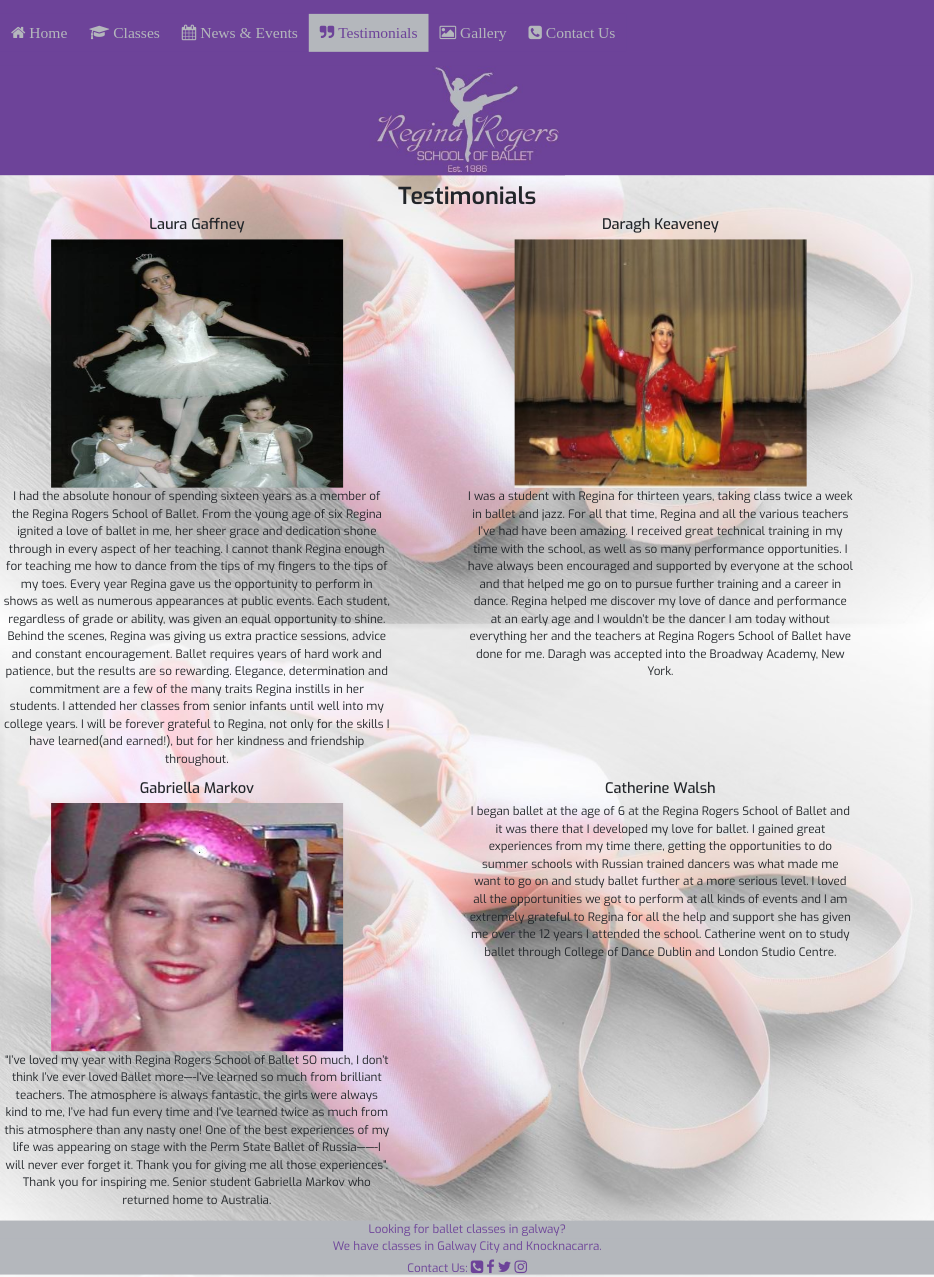
Repository: davidtmiller2010/galwayballet
Page: Testimonial.html
The author's editor kept a record of every edit. The page is drawn from the files as they stood at one moment, then again after the next edit.
The browser window is 1280 px wide. The pictures show the whole page, at 73% of full size.

Above is the page before.

### Testimonial.html
<!DOCTYPE html>
<html lang="en">

<head>
    <meta charset="UTF-8">
    <meta name="viewport" content="width=device-width, initial-scale=1.0">
    <meta http-equiv="X-UA-Compatible" content="ie=edge">
    <link rel="stylesheet" href="https://stackpath.bootstrapcdn.com/bootstrap/4.3.1/css/bootstrap.min.css" type="text/css" />
    <link rel="stylesheet" href="https://stackpath.bootstrapcdn.com/font-awesome/4.7.0/css/font-awesome.min.css" type="text/css" />
    <link rel="stylesheet" href="assets/CSS/style1.css" type="text/css" />
    <link href="https://fonts.googleapis.com/css?family=Exo|Roboto" rel="stylesheet">
    <link href="https://fonts.googleapis.com/css?family=Dancing+Script" rel="stylesheet">
    <title>Regina Rogers</title>
</head>

<body>
    <header>
        <div class="navbar ">
            <ul>
                <li><a href="index.html" class=" col-12  col-2"><i class="fa fa-home fa-lg"> Home</i></a></li>
                <li><a href="Classes.html" class=" col-12  col-2"><i class="fa fa-graduation-cap fa-lg"> Classes</i></a></li>
                <li><a href="News.html" class=" col-12  col-2"><i class="fa fa-calendar fa-lg"> News & Events</i></a></li>
                <li><a href="Testimonial.html" class="active col-12  col-2"><i class="fa fa-quote-right fa-lg"> Testimonials</i></a></li>
                <li><a href="Gallery.html" class=" col-12  col-2"><i class="fa fa-image fa-lg"> Gallery</i></a></li>
                <li><a href="Contact.html" class=" col-12  col-2"><i class="fa fa-phone-square fa-lg"> Contact Us</i></a></li>
            </ul>
        </div>
    </header>
    <section class="container-fluid">
        <div class="logo">
            <!---logo--->
        </div>
        <h2 class=heading>Testimonials</h2>
        <div class="row">
            <div class="col-sm-5 testimonials">
                <h5>Laura Gaffney</h5>
                <img src="../assets/images/laura.jpg" width="400" height="340">
                <p>I had the absolute honour of spending sixteen years as a member of the Regina Rogers School of Ballet. From the young age of six Regina ignited a love of ballet in me, her sheer grace and dedication shone through in every aspect of her
                    teaching. I cannot thank Regina enough for teaching me how to dance from the tips of my fingers to the tips of my toes. Every year Regina gave us the opportunity to perform in shows as well as numerous appearances at public events.
                    Each student, regardless of grade or ability, was given an equal opportunity to shine. Behind the scenes, Regina was giving us extra practice sessions, advice and constant encouragement. Ballet requires years of hard work and patience,
                    but the results are so rewarding. Elegance, determination and commitment are a few of the many traits Regina instills in her students. I attended her classes from senior infants until well into my college years. I will be forever grateful
                    to Regina, not only for the skills I have learned(and earned!), but for her kindness and friendship throughout.</p>
            </div>
            <div class="col-sm-1">
            </div>
            <div class="col-sm-5 testimonials">
                <h5>Daragh Keaveney</h5>
                <img src="../assets/images/Daragh.jpg" width="400" height="340">
                <p>I was a student with Regina for thirteen years, taking class twice a week in ballet and jazz. For all that time, Regina and all the various teachers I’ve had have been amazing. I received great technical training in my time with the school,
                    as well as so many performance opportunities. I have always been encouraged and supported by everyone at the school and that helped me go on to pursue further training and a career in dance. Regina helped me discover my love of dance
                    and performance at an early age and I wouldn’t be the dancer I am today without everything her and the teachers at Regina Rogers School of Ballet have done for me. Daragh was accepted into the Broadway Academy, New York.</p>
            </div>

            <div class="col-sm-5 testimonials">
                <h5>Gabriella Markov</h5>
                <img src="../assets/images/gabriella.jpg" width="400" height="340">
                <p>“I’ve loved my year with Regina Rogers School of Ballet SO much, I don’t think I’ve ever loved Ballet more—-I’ve learned so much from brilliant teachers. The atmosphere is always fantastic, the girls were always kind to me, I’ve had fun
                    every time and I’ve learned twice as much from this atmosphere than any nasty one! One of the best experiences of my life was appearing on stage with the Perm State Ballet of Russia——-I will never ever forget it. Thank you for giving
                    me all those experiences”. Thank you for inspiring me. Senior student Gabriella Markov who returned home to Australia.</p>
            </div>
            <div class="col-sm-1">
            </div>
            <div class="col-sm-5 testimonials">
                <h5>Catherine Walsh</h5>
                <p>I began ballet at the age of 6 at the Regina Rogers School of Ballet and it was there that I developed my love for ballet. I gained great experiences from my time there, getting the opportunities to do summer schools with Russian trained
                    dancers was what made me want to go on and study ballet further at a more serious level. I loved all the opportunities we got to perform at all kinds of events and I am extremely grateful to Regina for all the help and support she
                    has given me over the 12 years I attended the school. Catherine went on to study ballet through College of Dance Dublin and London Studio Centre.</p>
            </div>
        </div>
    </section>
    <footer>
        <div class="footermessage">
            <h7 class="uppercase general">Looking for ballet classes in galway?</h7><br/>
            <p class="inline-block footermessage">
                We have classes in Galway City and Knocknacarra.
                <br> Contact Us:
                <a href="#" target="_blank">
                     <i class="fa fa-phone-square infobutton" aria-hidden="true"></i>
                    </a>
                <a target="_blank" href="#">
                            <i class="fa fa-facebook infobutton " aria-hidden="true"></i>
                            <span class="sr-only">Facebook</span>
                        </a>
                <a target="_blank" href="#">
                            <i class="fa fa-twitter infobutton " aria-hidden="true"></i>
                            <span class="sr-only">Twitter</span>
                        </a>
                <a target="_blank" href="#">
                            <i class="fa fa-instagram infobutton " aria-hidden="true"></i>
                            <span class="sr-only">Instagram</span>
                        </a>
            </p>
        </div>
    </footer>
    <script src="https://code.jquery.com/jquery-3.3.1.slim.min.js" integrity="sha384-q8i/X+965DzO0rT7abK41JStQIAqVgRVzpbzo5smXKp4YfRvH+8abtTE1Pi6jizo" crossorigin="anonymous"></script>
    <script src="https://cdnjs.cloudflare.com/ajax/libs/popper.js/1.14.7/umd/popper.min.js" integrity="sha384-UO2eT0CpHqdSJQ6hJty5KVphtPhzWj9WO1clHTMGa3JDZwrnQq4sF86dIHNDz0W1" crossorigin="anonymous"></script>
    <script src="https://stackpath.bootstrapcdn.com/bootstrap/4.3.1/js/bootstrap.min.js" integrity="sha384-JjSmVgyd0p3pXB1rRibZUAYoIIy6OrQ6VrjIEaFf/nJGzIxFDsf4x0xIM+B07jRM" crossorigin="anonymous"></script>

</body>

### assets/CSS/style1.css
@import url('https://fonts.googleapis.com/css?family=Exo:100,200,300,400,500,600,700|Roboto:100,200,300,400,500,600,700');

/*----------colors---------*/

.bg-color-details {
    background: none;
    color: #6D4399;
}

.formbg {
    background: none;
}


.bg-color-contact {
    color: #6D4399;
    background: none;
}

/*----------Header---------*/

header {
    margin-bottom: 90px;
}

.navbar {
    overflow: hidden;
    background-color: #6D4399;
    position: fixed;
    top: 0;
    width: 100%;
    height: 90px;
    padding: 0;
    float: right;
}

ul {
    list-style-type: none;
    margin: 0;
    margin-top: 0;
    padding: 0;
    background-color: #6D4399;
}

li {
    float: left;
}

li a {
    display: block;
    color: #B4B7BC;
    text-align: center;
    padding: 14px 16px;
    text-decoration: none;
}

li a:hover:not(.active) {
    background-color: #000;
}

li a:hover {
    color: white;
    background-color: #6D4399;
}

.active {
    background-color: #B4B7BC;
    color: #6D4399;
}


/*----------body---------*/

body {
    top: 20px;
    background-image: url("../images/balletshoes.jpg");
    background-size: 100%;
    font-family: "Exo", sans-serif;
}

.logo {
    background: #6D4399;
    background-image: url("../images/reginalogo3.jpg");
    background-position: center;
    background-repeat: no-repeat;
    background-size: contain;
    top: 0;
    width: 100%;
    position: relative;
    height: 150px;
    padding: 0;
    z-index: -1;
    margin: 0;
}


.row {
    margin-left: 5px;
    margin-right: 5px;
}

.paragraph {
    margin: 10px 0;
    text-align: justify;
    text-justify: inter-word;
    font-family: "Exo", Times, serif;
    font-size: 20px;
    font-weight: 500;
    z-index: -1;
}


/*----------Footer---------*/

footer {
    background: #6D4399;
    color: #6D4399;
    padding-bottom: 10px;
    margin: 0;
    text-align: center;
    height: 50px;
}

.footermessage {
    background-color: #B4B7BC;
    margin: 0;
    height: 50px;
    padding: 0px;
}

.infobutton {
    background-color: #B4B7BC;
    font-size: 20px;
    color: #6D4399;
    margin: 0;
    margin-top: 5px;
    padding: 0;
    transition: all 0.5s ease-in-out;
    -moz-transition: all 0.5s ease-in-out;
    -webkit-transition: all 0.5s ease-in-out;
    -o-transition: all 0.5s ease-in-out;
}

.infobutton:hover {
    color: white;
}

/*----------Tables---------*/

.table {
    border: solid;
    width: 80%;
    color: black;
    border-color: #6D4399;
    margin-left: 10%;
    margin-right: 10%;
    background-color: #B4B7BC;
}

table th {
    background: #6D4399;
    color: white;
    border: solid;
    border-color: #6D4399;
    text-align: center;
}

table td {
    border: solid;
    color: black;
    border-color: #6D4399;
}

#formstyle {
    width: 50%;
    display: inline-block;
    text-align: center;
    margin-left: 25%;
    margin-right: 25%;
}

.form-row {
    margin-top: 5px;
}

/*----------General---------*/

.headers {
    font-weight: 800;
    font-family: "Exo", sans-serif;
    text-align: center;
    text-decoration: underline;
}

.heading {
    font-weight: 600;
    font-family: "Exo", sans-serif;
    text-align: center;
    margin-top: 10px;

}

.headerstyle {
    font-weight: 700;
    font-family: "Exo", sans-serif;
    text-align: center;
    margin-bottom: 15px;
}

.container-fluid {
    padding: 0;
    margin: 0;
}

.contact-heading {
    margin: 25px 0;
}

.gallery {
    margin: 15px 30px;
}

.news {
    z-index: -1;

}

.newsheader {
    margin: 20px 0;
    text-align:center;
    text-decoration:underline;
    font-weight:bold;
    color:#6D4399;
}

.bordernews {
  border-style: solid;
  border-width:1px;
}

/*----------Testimonials---------*/

.testimonials {
    padding: 0;
    margin: 0;
    text-align: center;
    z-index: -1;
}

After the next edit:
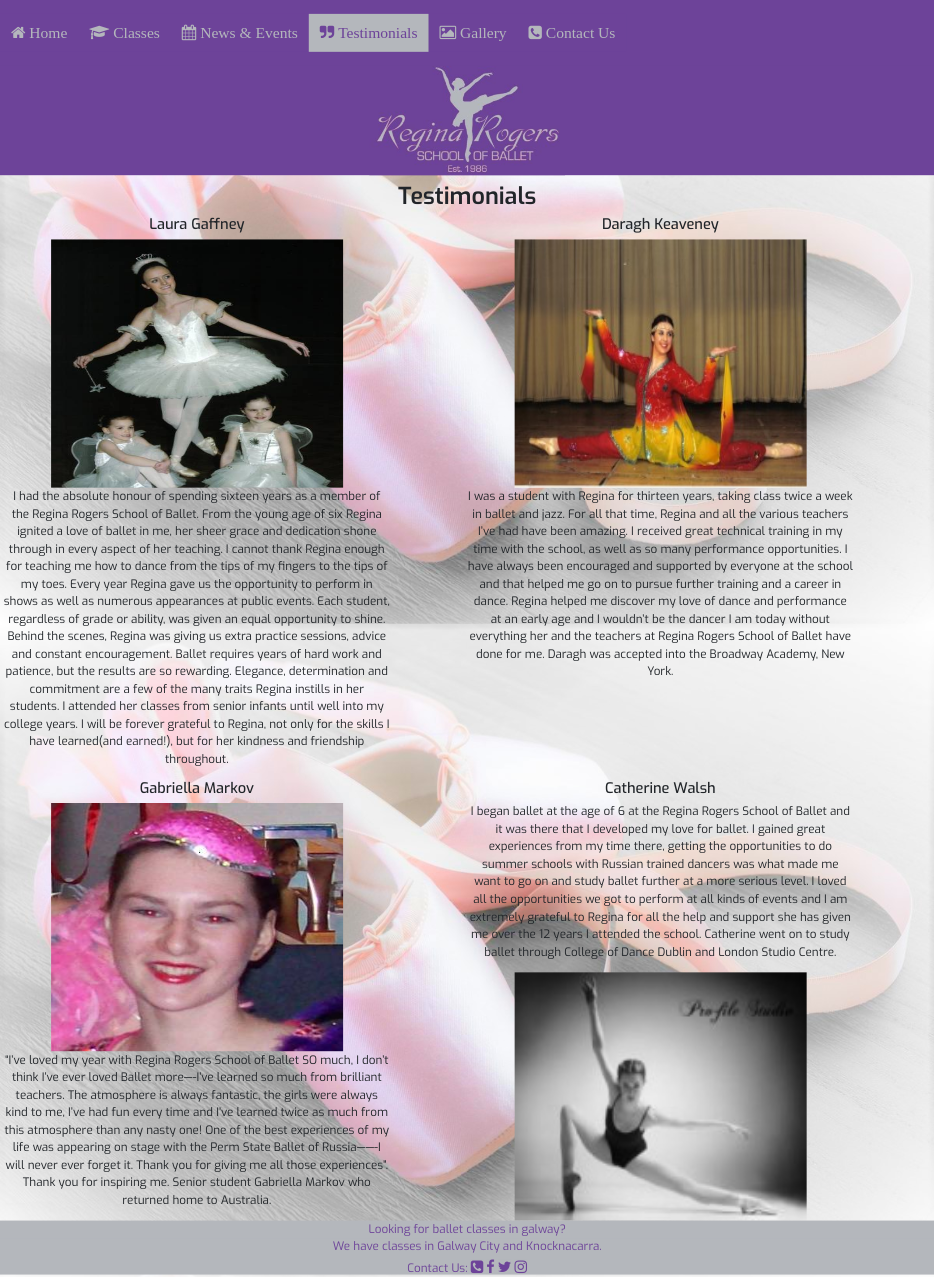
The edit:
--- a/Testimonial.html
+++ b/Testimonial.html
@@ -65,6 +65,7 @@
                 <p>I began ballet at the age of 6 at the Regina Rogers School of Ballet and it was there that I developed my love for ballet. I gained great experiences from my time there, getting the opportunities to do summer schools with Russian trained
                     dancers was what made me want to go on and study ballet further at a more serious level. I loved all the opportunities we got to perform at all kinds of events and I am extremely grateful to Regina for all the help and support she
                     has given me over the 12 years I attended the school. Catherine went on to study ballet through College of Dance Dublin and London Studio Centre.</p>
+            <img src="../assets/images/Catherine.jpg" width="400" height="340">
             </div>
         </div>
     </section>
